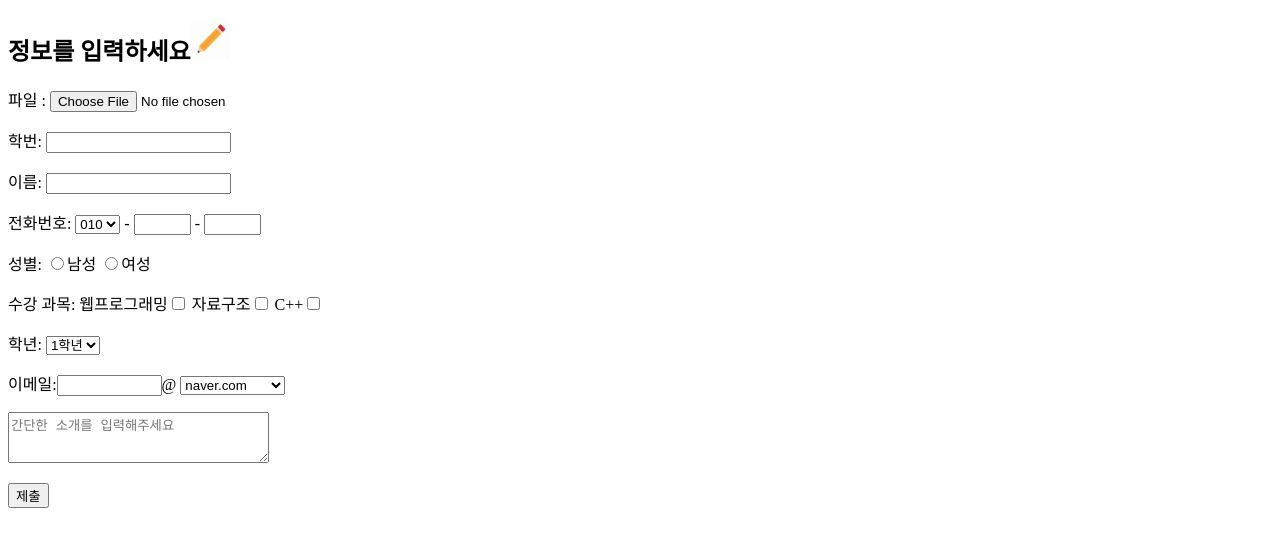
Repository: xxeionw/java_form
Page: http://localhost/formpro/form.jsp
These files come from the project's save history. The page is drawn as it stood at one moment and after the next save; the edit follows.
The browser window is 1280 px wide. The pictures show the whole page.
The page is served by Tomcat 9. Other server files are loaded and not shown.

Above is the page before, as saved 2025-05-27 09:54:44.

### formpro/src/main/webapp/form.jsp
<%@ page language="java" contentType="text/html; charset=UTF-8"
    pageEncoding="UTF-8"%>
<!DOCTYPE html>
<html>
<head>
<meta charset="EUC-KR">
<title>입력 폼</title>
</head>
<body>
	<h2> 정보를 입력하세요<img src="image/pencil.jpeg" alt="사진" height="40"></h2>
    <form action="result.jsp" method="post" enctype="multipart/form-data" >
        <p>파일 : <input type="file" name="filename">
        <p>학번: <input type="text" name="studentId"></p>
        <p>이름: <input type="text" name="name"></p>
        <p>전화번호: <select name="phone1">
        	<option value="010">010</option>
        	<option value="011">011</option>
        	<option value="02">02</option>
        </select> -
        <input type="text" maxlength="4" size="4" name="phone2"> -
        <input type="text" maxlength="4" size="4" name="phone3"></p>

        <p>성별: <input type ="radio" name ="sex" value= "남성">남성
        <input type = "radio" name ="sex" value="여성">여성

        <p>수강 과목: 웹프로그래밍<input type="checkbox" name="subject" value="웹프로그래밍">
        	자료구조<input type="checkbox" name="subject" value="자료구조">
        	C++<input type="checkbox" name="subject" value="C++">

        <p>학년:
            <select name="grade">
                <option value="1학년">1학년</option>
                <option value="2학년">2학년</option>
                <option value="3학년">3학년</option>
                <option value="4학년">4학년</option>
            </select>
        </p>

        <p>이메일:<input type="text" size="10" name="email">@
        <select name="emailaddress">
        <option value="naver.com">naver.com</option>
        <option value="gmail.com">gmail.com</option>
        <option value="daum.com">daum.com</option>
        <option value="duksung.ac.kr">duksung.ac.kr</option>
        </select>
        <p>
        <textarea name = "comment" cols="30" rows="3" placeholder="간단한 소개를 입력해주세요"></textarea>
        </p>
        <input type="submit" value="제출">
    </form>
</body>
</html>

After the next save:
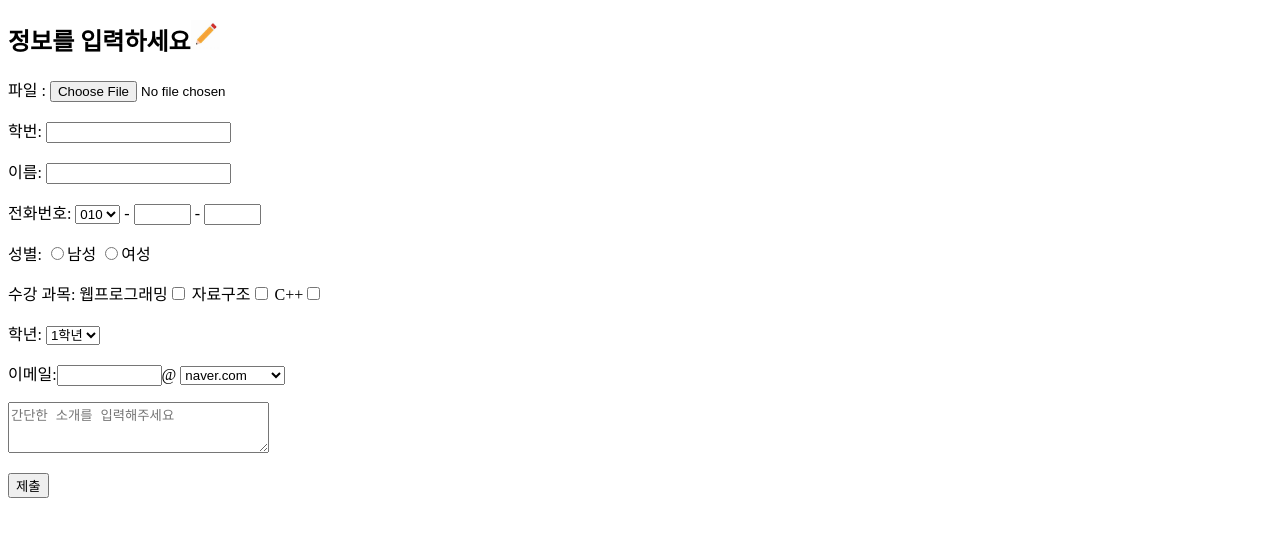
Saved 5 s later.
--- a/formpro/src/main/webapp/form.jsp
+++ b/formpro/src/main/webapp/form.jsp
@@ -7,7 +7,7 @@
 <title>입력 폼</title>
 </head>
 <body>
-	<h2> 정보를 입력하세요<img src="image/pencil.jpeg" alt="사진" height="40"></h2>
+	<h2> 정보를 입력하세요<img src="image/pencil.jpeg" alt="사진" height="30"></h2>
     <form action="result.jsp" method="post" enctype="multipart/form-data" >
         <p>파일 : <input type="file" name="filename">
         <p>학번: <input type="text" name="studentId"></p>
